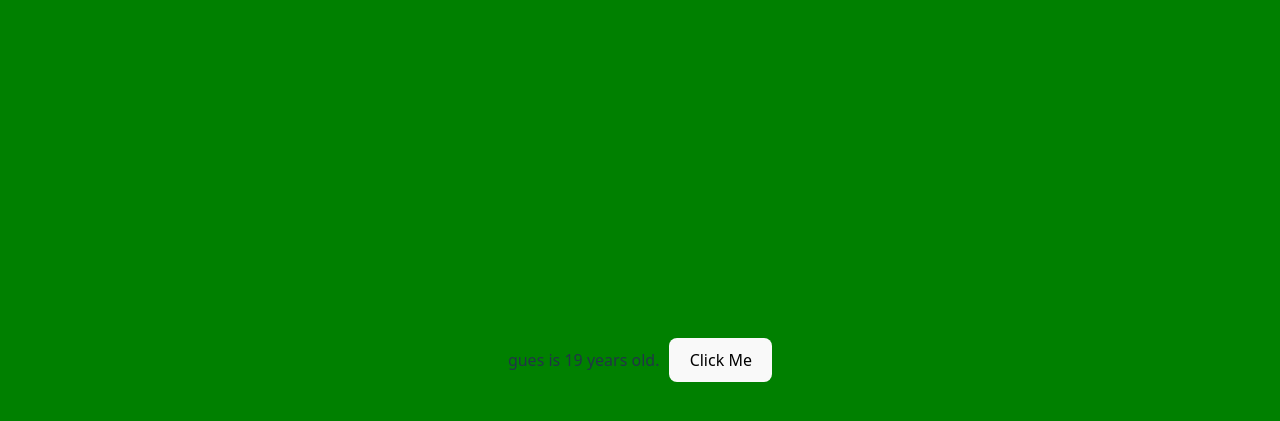
Repository: DaneJuswa/LearningReact
Page: / (app in reactProject/)
An editor plug-in stored every save of this project. The page is shown before and after the next save, followed by the edit.
The browser window is 1280 px wide. The pictures show the whole page.
The project was rebuilt for these pictures with package versions that can differ from the ones it lists, and the page was loaded fresh each time. Also part of the build but not shown: reactProject/vite.config.js.

Above is the page before, as saved 2025-09-15 14:43:07.

### reactProject/src/main.jsx
import { StrictMode } from 'react'
import { createRoot } from 'react-dom/client'
import App from './App.jsx'
import './index.css'
import Cards from './Cards.jsx'

createRoot(document.getElementById('root')).render(
  <StrictMode>
    <App/>

  </StrictMode>,
)

### reactProject/src/App.jsx
import './App.css'
import Cards from './Cards'
import Button from './Button';
function App() {
  return (
    <>
      <Cards/>
      <Button/>
    </>
  );
}

export default App   // 👈 end App here, don’t mix Button

### reactProject/src/Cards.jsx

import PropTypes from "prop-types";

function Cards({ name = "gues", age=19 }) {
  return <p>{name} is {age} years old.</p>;
}


Cards.defaultProps = {
    name : "Guest",
    age: 0
}
export default Cards;

### reactProject/src/App.css
#root {
  width: 100%;
  display: flex;
   flex-direction: row ;
   column-gap: 10px;
  justify-content: center;
  align-items: center;
  min-height: 100vh; /* make sure it's vertically centered */
  background-color: green;
  margin: 0; /* remove default spacing */
}

.card-container {
  width: 150px;
  height: 200px;
  background-color: aquamarine;
  border-radius: 10px; /* rounded corners */
  box-shadow: 0 4px 6px rgba(0,0,0,0.1); /* subtle shadow */
  display: flex;
  flex-direction: column;
  justify-content: center;
  align-items: center;
  font-family: sans-serif;
  gap: 10px; /* spacing between image & text */
}

.card-container:hover{
  box-shadow: 10px 10px 10px rgba(0,0,0,0.1);
  cursor: pointer;
}

### reactProject/src/Button.jsx
function Button(){

    const handleClick = () =>{console.log("button clicked")}
    return (
        <button onClick={handleClick}>Click Me</button>
    )
}
export default Button

Loaded but not shown: reactProject/index.html (common file); reactProject/src/index.css (common file)

After the next save:
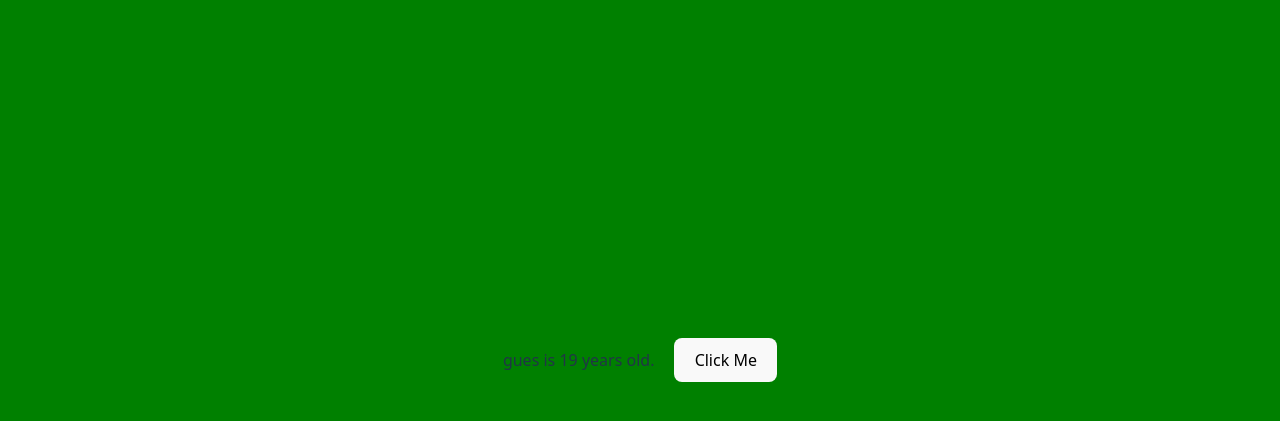
Saved 107 min 16 s later.
--- a/reactProject/src/Button.jsx
+++ b/reactProject/src/Button.jsx
@@ -2,7 +2,11 @@ function Button(){
 
     const handleClick = () =>{console.log("button clicked")}
     return (
+        <>
+        <p></p>
         <button onClick={handleClick}>Click Me</button>
+        </>
+
     )
 }
 export default Button
